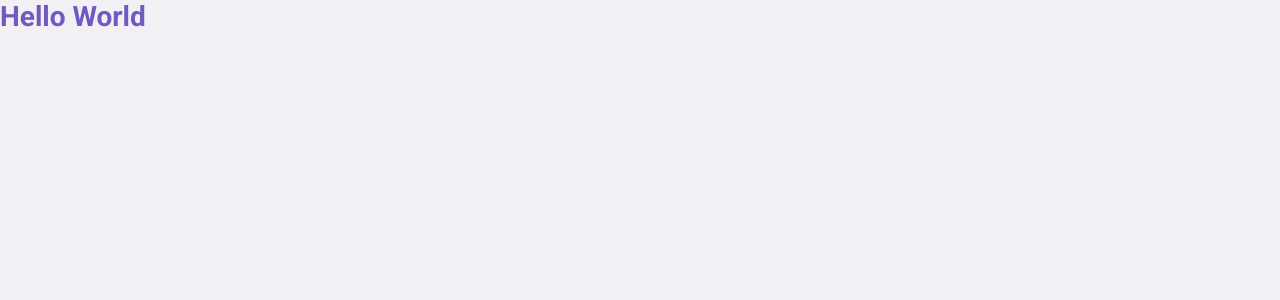
Repository: leandrohv/omnistack11-be-the-hero
Page: /profile (app in frontend/)
These files come from the project's save history. The page is drawn as it stood at one moment and after the next save; the edit follows.
The browser window is 1280 px wide. The pictures show the whole page.
The project was rebuilt for these pictures with package versions that can differ from the ones it lists, and the page was loaded fresh each time.

Above is the page before, as saved 2020-03-25 23:50:31.

### frontend/src/App.js
import React from 'react';

import './global.css';

import Logon from './pages/Logon';

function App() {
  return (
      <Logon />
  );
}

export default App;

### frontend/src/global.css
@import url('https://fonts.googleapis.com/css?family=Roboto:400,500,700&display=swap');

* {
    margin: 0;
    padding: 0;
    outline: 0;
    box-sizing: border-box;
}

body {
    font: 400 14px Roboto, sans-serif;
    background: #f0f0f5;
    -webkit-font-smoothing: antialiased;
}

input, button, textarea {
    font: 400 18px Roboto, sans-serif;
}

button {
    cursor: pointer;
}

### frontend/src/pages/Logon/index.js
import React from 'react';

import './styles.css';

export default function Logon() {
    return (
        <h1>Hello World</h1>
    );
}

### frontend/src/pages/Logon/styles.css
h1 {
    color: #7159c1;
}

Loaded but not shown: frontend/public/index.html (common file); frontend/src/index.js (common file)

After the next save:
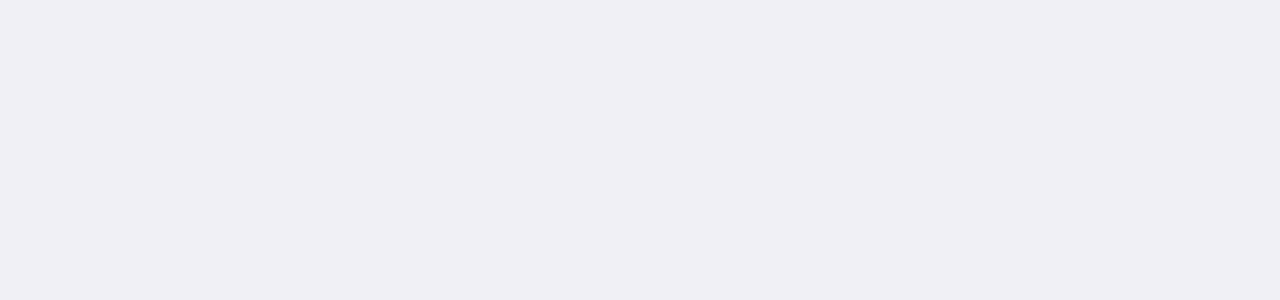
Saved 3 min 59 s later.
--- a/frontend/src/App.js
+++ b/frontend/src/App.js
@@ -6,7 +6,9 @@
 
 function App() {
   return (
-      <Logon />
+      <div className="logon-container">
+        <section className="form"></section>
+      </div>
   );
 }
 

After the save that followed:
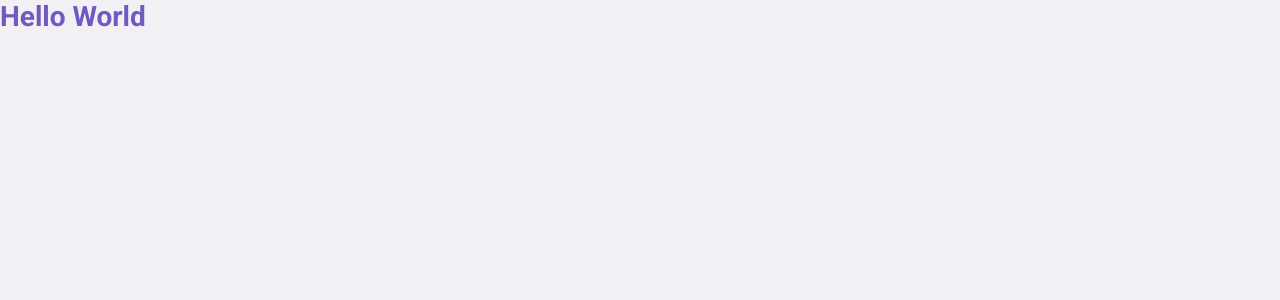
Saved 14 s later.
--- a/frontend/src/App.js
+++ b/frontend/src/App.js
@@ -6,9 +6,7 @@
 
 function App() {
   return (
-      <div className="logon-container">
-        <section className="form"></section>
-      </div>
+      <Logon />
   );
 }
 
